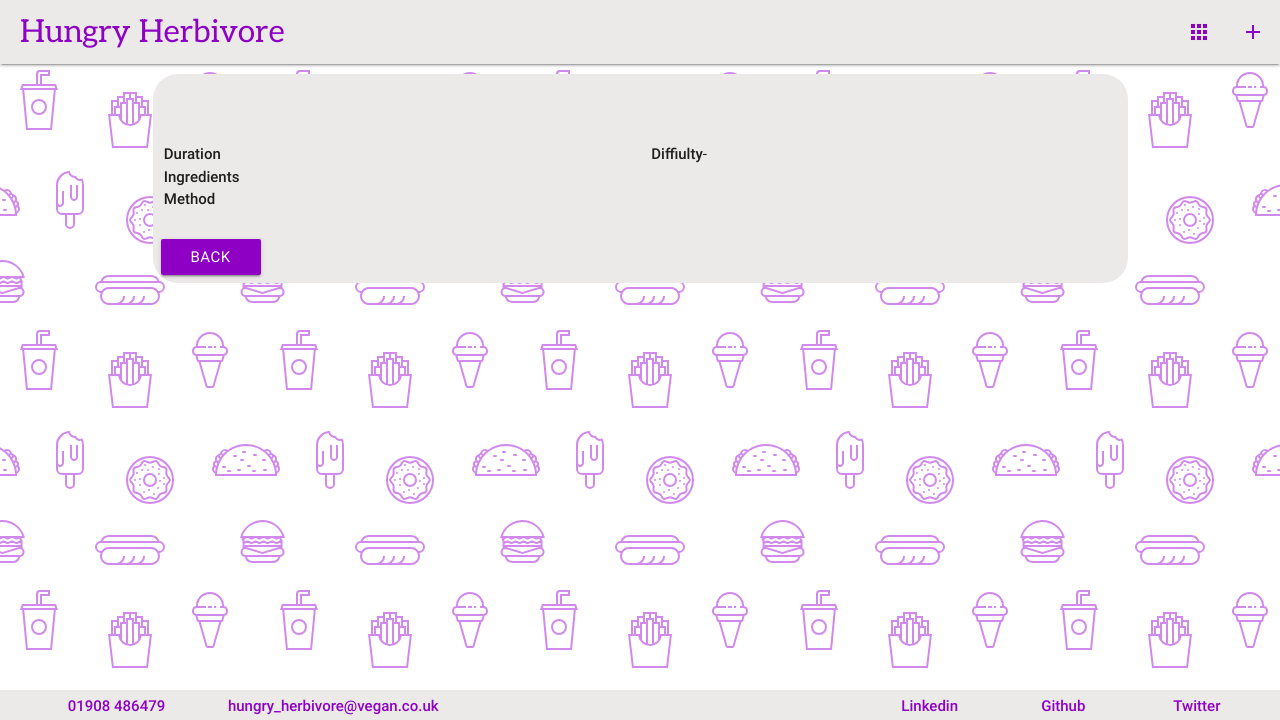
Repository: tgarratt/HungryHerbivore-Milestone3
Page: templates/viewrecipe.html
The author's editor kept a record of every edit. The page is drawn from the files as they stood at one moment, then again after the next edit.
The browser window is 1280 px wide. The pictures show the whole page.
The template is drawn by Flask 3. The application's start-up code is not run. Other server files are loaded and not shown. The template is opened directly, without the code that normally fills it, so the values that code supplies are empty.

Above is the page before.

### templates/viewrecipe.html
{% extends 'parent.html'%} {% block content %}

<div class="page-content">
    <div class="row">
        <h2 class="col l12">
            {{recipe.meal_name}}
        </h2>
    </div>
    <div class="row">
        <div class="col l6">
            <div><strong>Duration</strong>{{recipe.meal_time}}</div>
        </div>
        <div class="col l6">
            <div><strong>Diffiulty</strong>-{{recipe.difficulty}}</div>
        </div>
        <div class="col l12">
            <div><strong>Ingredients</strong></div>
            <div>{{recipe.meal_ingredients}}</div>
        </div>
        <div class="col l12">
            <div><strong>Method</strong></div>
            <div>{{recipe.meal_method}}</div>
        </div>
    </div>
    <div>
        <div class="col l2">
            <a href="{{url_for('get_recipes')}}" class="waves-effect waves-light btn buttons buttons-hover">Back</a>
        </div>
    </div>
</div>

{% endblock %}

### templates/parent.html
<!DOCTYPE html>
<html>

<head>
    <link href="https://fonts.googleapis.com/icon?family=Material+Icons" rel="stylesheet">
    <link href='https://fonts.googleapis.com/css?family=Aleo' rel='stylesheet'>
    <link rel="stylesheet" href="https://cdnjs.cloudflare.com/ajax/libs/materialize/0.100.2/css/materialize.min.css">
    <link rel="stylesheet" href="{{url_for('static', filename='css/style.css')}}" type="text/css" />


</head>

<body>
    <header>
        <nav class="nav-color">
            <div class="nav-wrapper">
                <a href="{{url_for('get_recipes')}}" class="brand-logo nav-text nav-logo">Hungry Herbivore</a>
                <ul class="right hide-on-med-and-down">
                    <li><a href="{{url_for('get_recipes')}}"><i class="material-icons nav-text">apps</i></a></li>
                    <li><a href="{{url_for('add_recipe')}}"><i class="material-icons nav-text">add</i></a></li>
                </ul>
            </div>
        </nav>
    </header>
    {% block content %} {% endblock %}
    <div>
        <footer>
            <div class="footer-text row">
                <div class="col m4 row">
                    <div class="col m6">01908 486479</div>
                    <div class="col m6">hungry_herbivore@vegan.co.uk</div>
                </div>
                <div class="col m4"></div>
                <div class="col m4 row">
                    <a href="https://www.linkedin.com/in/tom-garratt-303284168/">
                        <div class="col m4 footer-hover footer-link">
                            Linkedin
                        </div>
                    </a>
                    <a href="https://github.com/tgarratt">
                        <div class="col m4 footer-hover footer-link">
                            Github
                        </div>
                    </a>
                    <a href="N/A">
                        <div class="col m4 footer-hover footer-link">
                            Twitter
                        </div>
                    </a>
                </div>
            </div>
        </footer>
    </div>
    <script src="https://cdnjs.cloudflare.com/ajax/libs/jquery/3.4.1/jquery.min.js" integrity="sha256-CSXorXvZcTkaix6Yvo6HppcZGetbYMGWSFlBw8HfCJo=" crossorigin="anonymous"></script>
    <script src="https://cdnjs.cloudflare.com/ajax/libs/materialize/0.100.2/js/materialize.min.js"></script>
    <script type="text/javascript" src="display/js/main.js"></script>
    <script type="text/javascript">
        $(document).ready(function() {
            $('.collapsible').collapsible();
            $('select').material_select();
        });
    </script>
</body>

</html>

### static/css/style.css
/*--------------------------------------------- MAIN TAG CLASSES */

body {
    background-color: #ffffff;
    background-image: url("data:[embedded picture, 9922 characters]");
    padding-bottom: 30px;
    margin: 0px;
}

/*--------------------------------------------- GENERAL */

.page-content {
    background-color: #ECE9E9;
    margin-top: 10px;
    margin-bottom: 10px;
    margin-left: auto;
    margin-right: auto;
    width: 65em;
    border-radius: 25px;
}

.buttons {
    margin: 8px;
    background-color: #8E00C3 !important;
}

.buttons-hover:hover {
    background-color: #ECE9E9 !important;
    color: #8E00C3;
    transition: 0.5s;
}

.key-width {
    width: 20%
}

.margin-auto {
    margin: 0 auto;
}

/*--------------------------------------------- NAV BAR */

.nav-logo {
    font-family: 'Aleo';
    margin-left: 20px;
}

.nav-text {
    color: #8E00C3 !important;
}

.nav-color {
    background-color: #ECE9E9 !important;
}

/*--------------------------------------------- RECIPES */

.icon-size {
    font-size: 150%;
}

/*--------------------------------------------- KEY */

.novice {
    color: #00e676 !important;
}

.competent {
    color: #4fc3f7 !important;
}

.intermediate {
    color: #ffa000 !important;
}

.advanced {
    color: #d32f2f !important;
}

.professional {
    color: #000000 !important;
}

.key-content {
    background-color: #ECE9E9;
    margin-top: 10px;
    margin-bottom: 10px;
    margin-left: auto;
    margin-right: auto;
    width: 50%;
    border-radius: 10px;

}

.key-info {
    font-size: 75%;
    margin: 0 auto;
    display: inline-block;
}


.key-text {
    text-align: center;
}

/*--------------------------------------------- MODIFY RECIPE */

.button-delete {
    margin: 8px;
    background-color: #bb2124!important;
}

.delete-interact:hover {
    background-color: #F92E32 !important;
}

/*--------------------------------------------- FOOTER */

footer {
    width: 100%;
    background-color: #ECE9E9;
    color: #8E00C3;
    position: fixed;
    left: 0px;
    bottom: 0px;
    height: 30px;
}

.footer-text {
    text-align: center;
    font-weight: 500;
    margin: 5px;
}

.footer-hover:hover {
    color: #BB2FF1 !important;
}

.footer-link {
    text-decoration: none;
    color: #8E00C3 !important;
}

Loaded but not shown: static/js/main.js (no copy from this time; the picture is the same without it)

After the next edit:
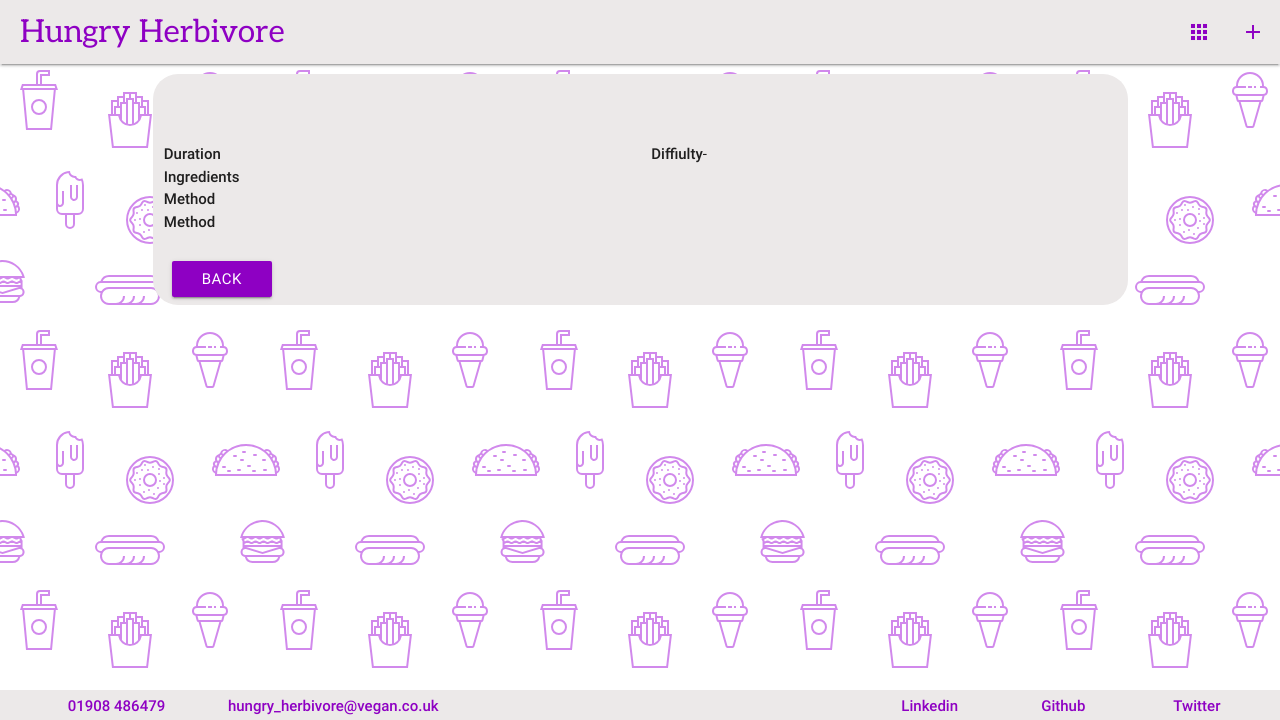
The edit:
--- a/templates/viewrecipe.html
+++ b/templates/viewrecipe.html
@@ -21,8 +21,12 @@
             <div><strong>Method</strong></div>
             <div>{{recipe.meal_method}}</div>
         </div>
+        <div class="col l12">
+            <div><strong>Method</strong></div>
+            <div>{{recipe.meal_method}}</div>
+        </div>
     </div>
-    <div>
+    <div class="row">
         <div class="col l2">
             <a href="{{url_for('get_recipes')}}" class="waves-effect waves-light btn buttons buttons-hover">Back</a>
         </div>
